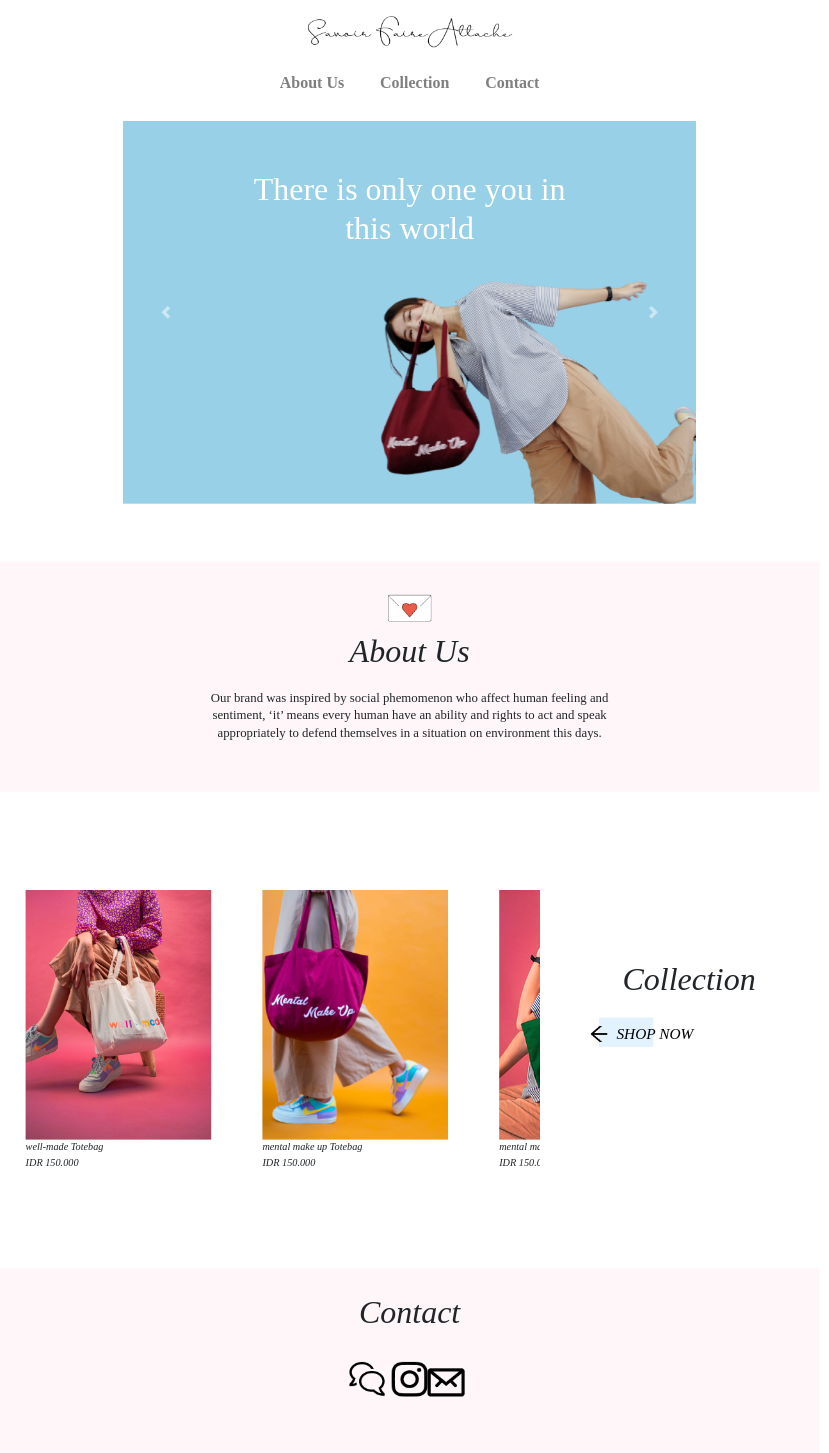
Repository: bismowibi/savoir
Page: index.html
The author's editor kept a copy of each file at every save. The page is drawn from the files as they stood at one save, then again after the next save.
The browser window is 1280 px wide. The page is 1295 px wide, so the pictures cover 1295 px, including what lies to the right of the window. The pictures show the whole page, at 64% of full size.
Some web fonts or font styles are not loaded; a fallback is used. Some web libraries are served in a nearby version.

Above is the page before, as saved 2020-04-05 02:23:35.

After the next save:
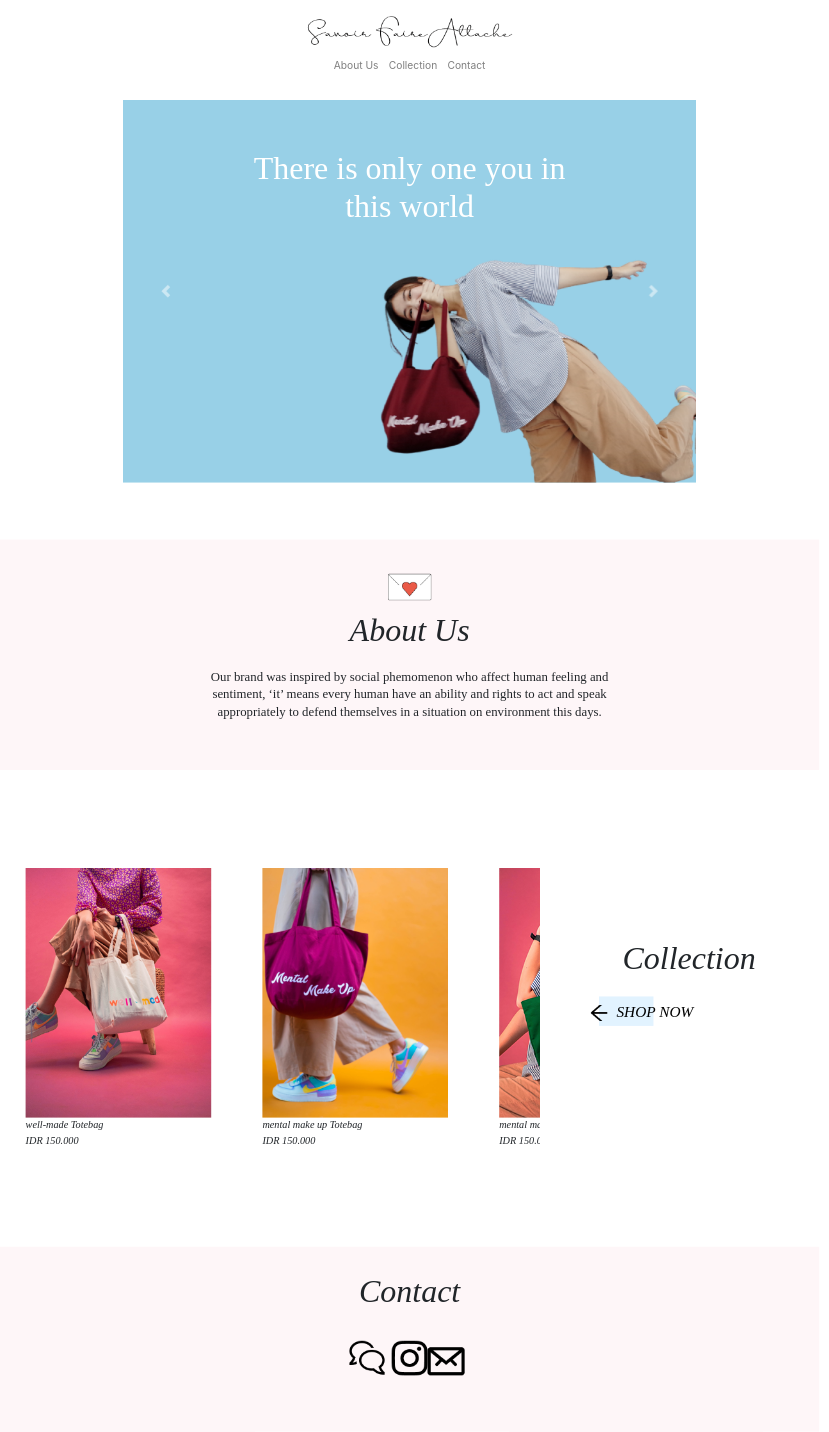
Saved 3 min 2 s later.
--- a/style.css
+++ b/style.css
@@ -209,20 +209,6 @@
     }
 }
 
-/* Navigation Bar */
-.navbar-nav>li {
-    padding-left: 20px;
-    padding-right: 20px;
-    font-family: "GT Walsheim Pro Regular";
-    font-weight: bold;
-    font-size:25px;
-    margin-top:20px;
-}
-
-.navbar-brand {
-    font-family: "BeautyDream";
-    font-size: 2rem !important;
-}
 
 
 

After the save that followed:
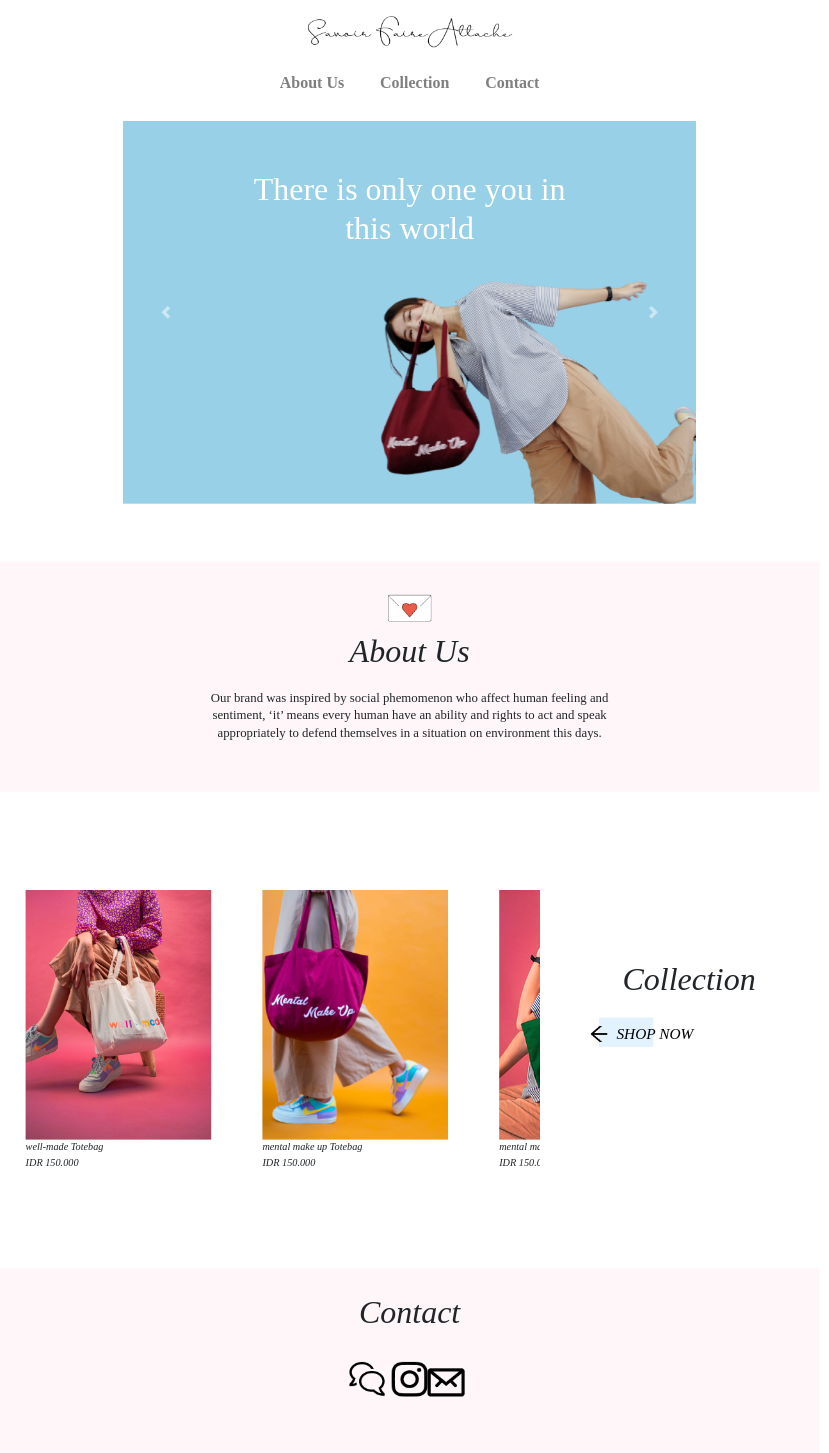
Saved 9 s later.
--- a/style.css
+++ b/style.css
@@ -13,6 +13,21 @@
 #title{
     padding-bottom: 2%;
 }
+/* Navigation Bar */
+.navbar-nav>li {
+    padding-left: 20px;
+    padding-right: 20px;
+    font-family: "GT Walsheim Pro Regular";
+    font-weight: bold;
+    font-size:25px;
+    margin-top:20px;
+}
+
+.navbar-brand {
+    font-family: "BeautyDream";
+    font-size: 2rem !important;
+}
+
 
 /* Home Card Background */
 .card-1 {
